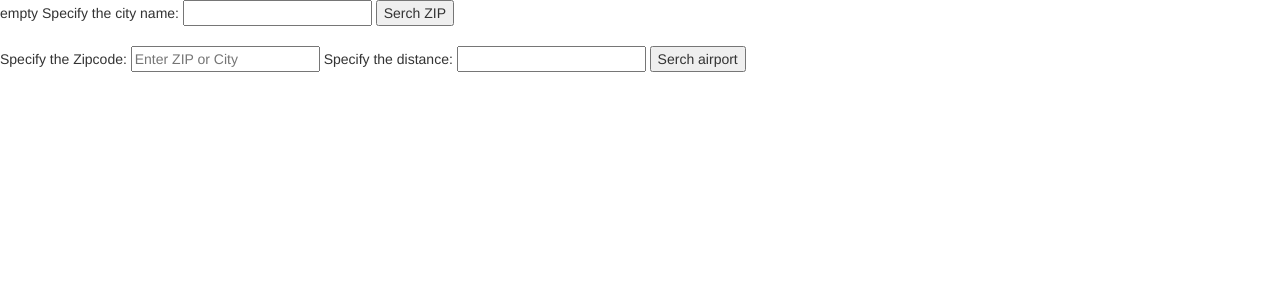
Repository: sjayach/CS320
Page: http://localhost/CS320/AirportDisplay
An editor plug-in stored every save of this project. The page is shown before and after the next save, followed by the edit.
The browser window is 1280 px wide. The pictures show the whole page.
The page is served by Tomcat 9. Queries for data that is not in the repository find no rows.

Above is the page before, as saved 2015-06-14 05:31:09.

After the next save:
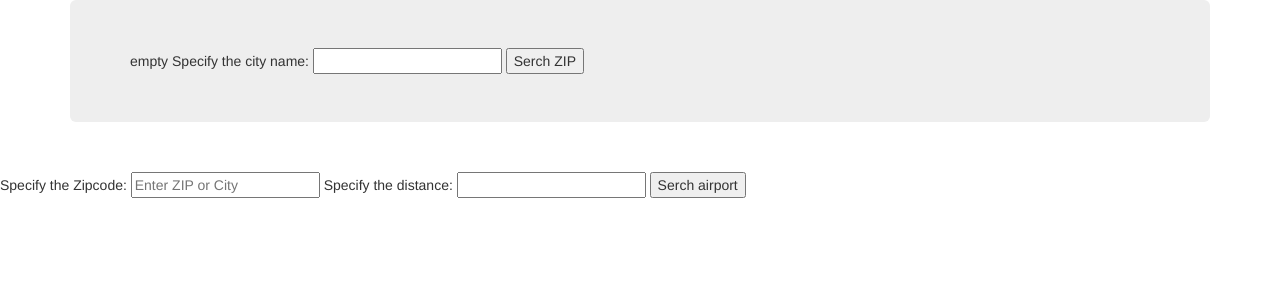
Saved 6 min 18 s later.
--- a/CS320/WebContent/WEB-INF/jsp/homework3/Airports.jsp
+++ b/CS320/WebContent/WEB-INF/jsp/homework3/Airports.jsp
@@ -15,8 +15,9 @@
 
 
 
-
-	<form action="AirportDisplay" method=post>
+ <div class="container">
+<div class="jumbotron">
+	<form  class="form-horizontal" action="AirportDisplay" method=post>
 	<c:if test="${empty phonetic }">
 		<c:out value="empty"></c:out>
 	</c:if>
@@ -30,6 +31,8 @@
 	<input type="text" name="city_name" list="cities">
 	<input type="submit" value="Serch ZIP" name="search_zip">
 	</form>
+	</div>
+	</div>
 	<br />
 	<form action="AirportDisplay" method=post>
 		Specify the Zipcode:
